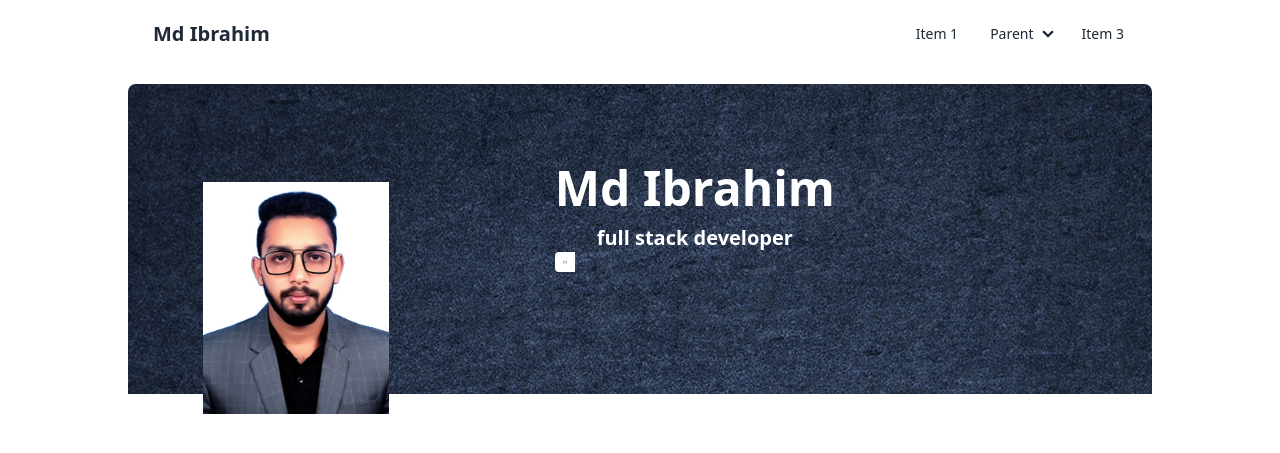
Repository: mdrubel02/portfilo
Page: /
These files come from the project's save history. The page is drawn as it stood at one moment and after the next save; the edit follows.
The browser window is 1280 px wide. The pictures show the whole page.
The project was rebuilt for these pictures with package versions that can differ from the ones it lists, and the page was loaded fresh each time. Also part of the build but not shown: vite.config.js.

Above is the page before, as saved 2023-06-25 14:54:30.

### src/main.jsx
import React from 'react'
import ReactDOM from 'react-dom/client'
import './index.css'
import { RouterProvider } from 'react-router-dom'
import router from './Layout/routes'



ReactDOM.createRoot(document.getElementById('root')).render(
  <React.StrictMode>
    <div className='max-w-screen-lg mx-auto'>
      <RouterProvider router={router} />
    </div>
  </React.StrictMode>,
)

### src/index.css
@tailwind base;
@tailwind components;
@tailwind utilities;
@import url("https://fonts.googleapis.com/css2?family=Poppins&display=swap");

### src/Layout/routes.jsx
import { createBrowserRouter } from "react-router-dom";
import Main from "./Main";
import Home from "../Pages/Home/Home";


const router = createBrowserRouter([
  {
    path: "/",
    element: <Main />,
    children: [
      { path: '/', element: <Home /> },
      { path: '/home', element: <Home /> }
    ]
  }
]);

export default router;

### src/Layout/Main.jsx
import React from 'react';
import Navbar from '../Shared/Navbar/Navbar';
import { Outlet } from 'react-router-dom';

const Main = () => {
    return (
        <div className=''>
            <Navbar />
            <Outlet />
        </div>
    );
};

export default Main;

### src/Pages/Home/Home.jsx
import React from 'react';
import profile from '../../assets/nayeem.jpg'
import banner from '../../assets/background-image.jpg'
import { FaLinkedinIn } from 'react-icons/fa';


const Home = () => {
    const user = ['#9e9e9e']
    return (
        <div className='mt-3'>
            <div
             style={{backgroundImage: `url(${banner})`}}
            className='lg:h-[310px] max-[600px]:h-[450px relative rounded-t-lg'>
                    <div className='lg:flex mt-4'>
                        <div className='lg:w-5/12 flex justify-center items-center '>
                            <img className=' lg:h-3/4 max-[600px]:h-60 lg:absolute lg:bottom-[-20px] lg:left-[75px] mt-9 ' src={profile} alt="profile" />
                        </div>
                        <div className='lg:w-1/2 flex justify-start items-center '>
                            <div className='mt-20 w-auto'>
                                <h3 className='text-5xl text-white font-extrabold font-sans tracking-normal'>Md Ibrahim</h3>
                                <p className='text-center mt-3 text-xl text-white font-bold font-poppins'>full stack developer</p>
                                <div>
                                    <span className='' ><FaLinkedinIn className='text-[#9e9e9e]  bg-white h-5 w-5 rounded-s p-2 text-1xl' /></span>
                                </div>
                            </div>
                        </div>
                    </div>
            </div>
        </div>
    );
};

export default Home;

### src/Shared/Navbar/Navbar.jsx
import React from 'react';

const Navbar = () => {
    return (
        <div className="navbar bg-base-100 ">
            <div className="navbar-start">
            <div className="dropdown ">
                    <label tabIndex={0} className="btn btn-ghost lg:hidden">
                        <svg xmlns="http://www.w3.org/2000/svg" className="h-5 w-5" fill="none" viewBox="0 0 24 24" stroke="currentColor"><path strokeLinecap="round" strokeLinejoin="round" strokeWidth="2" d="M4 6h16M4 12h8m-8 6h16" /></svg>
                    </label>
                    <ul tabIndex={0} className="menu menu-sm dropdown-content mt-3 z-[1] p-2 shadow bg-base-100 rounded-box w-52">
                        <li><a>Item 1</a></li>
                        <li>
                            <a>Parent</a>
                            <ul className="p-2">
                                <li><a>Submenu 1</a></li>
                                <li><a>Submenu 2</a></li>
                            </ul>
                        </li>
                        <li><a>Item 3</a></li>
                    </ul>
                </div>
                <a className="btn btn-ghost normal-case text-xl">Md Ibrahim</a>
            </div>
            <div className="navbar-end hidden lg:flex">
                <ul className="menu menu-horizontal px-1">
                    <li><a>Item 1</a></li>
                    <li tabIndex={0}>
                        <details>
                            <summary>Parent</summary>
                            <ul className="p-2">
                                <li><a>Submenu 1</a></li>
                                <li><a>Submenu 2</a></li>
                            </ul>
                        </details>
                    </li>
                    <li><a>Item 3</a></li>
                </ul>
            </div>


        </div>
    );
};

export default Navbar;

Loaded but not shown: index.html (common file); tailwind.config.js (common file)

After the next save:
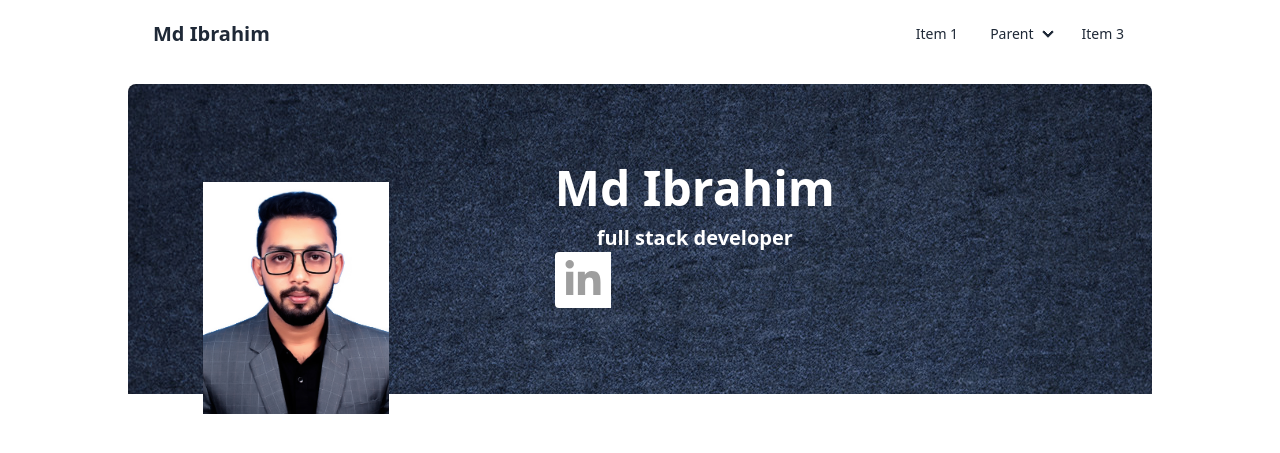
Saved 99 s later.
--- a/src/Pages/Home/Home.jsx
+++ b/src/Pages/Home/Home.jsx
@@ -20,7 +20,7 @@ const Home = () => {
                                 <h3 className='text-5xl text-white font-extrabold font-sans tracking-normal'>Md Ibrahim</h3>
                                 <p className='text-center mt-3 text-xl text-white font-bold font-poppins'>full stack developer</p>
                                 <div>
-                                    <span className='' ><FaLinkedinIn className='text-[#9e9e9e]  bg-white h-5 w-5 rounded-s p-2 text-1xl' /></span>
+                                    <span className='' ><FaLinkedinIn className='text-[#9e9e9e]  bg-white h-14 w-14 rounded-s p-2 text-1xl' /></span>
                                 </div>
                             </div>
                         </div>
